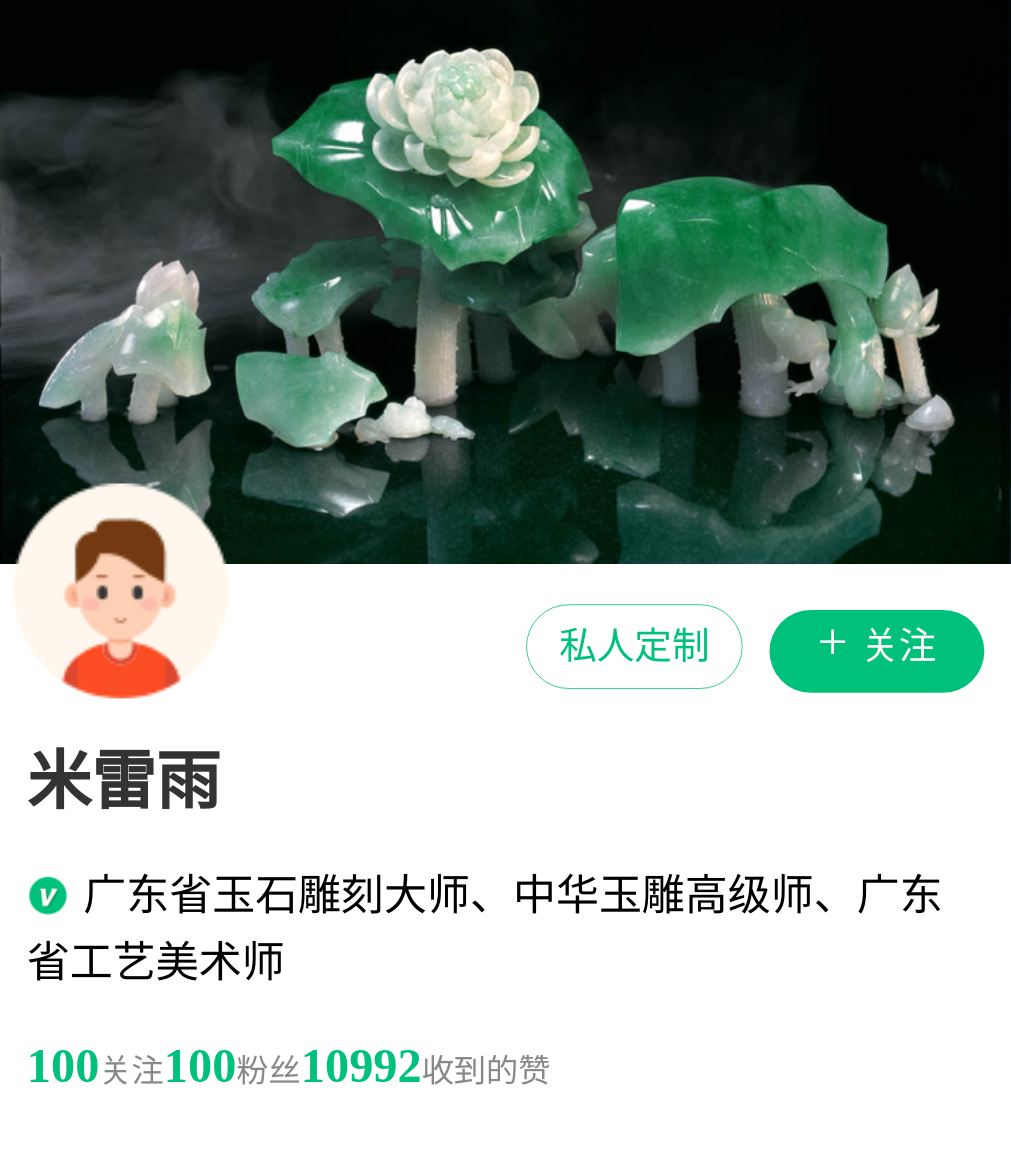
Repository: 1yanglulu/-
Page: html/jadecarvemaincenter.html
An editor plug-in stored every save of this project. The page is shown before and after the next save, followed by the edit.
The browser window is 1280 px wide. The pictures show the whole page, at 79% of full size.

Above is the page before, as saved 2020-01-07 14:41:11.

### html/jadecarvemaincenter.html
<!DOCTYPE html>
<html lang="en">
<head>
  <meta charset="UTF-8">
  <meta name="viewport" content="width=device-width, user-scalable=no, initial-scale=1.0, maximum-scale=1.0, minimum-scale=1.0">
  <meta http-equiv="X-UA-Compatible" content="ie=edge">
  <title>玉雕师详情</title>
  <link rel="stylesheet" href="../css/common.css">
  <link rel="stylesheet" href="../css/jadecarvemaincenter.css">
</head>
<body>
  <div class="jade-main-center  bac-color">
    <div class="top-banner">
      <img src="../images/mainbac.png" alt="" class="banner-bac">
    </div>
    <div class="avatar-box">
      <img src="../images/defaultImg.png" alt="" class="default-img">
      <div class="btn-box fn">
        <a href="javascript:void(0);" class="self-made">私人定制</a>
        <div class="follow-btn"><span class="add-icon">+</span>关注</div>
      </div>
      <div class="jade-name">
        米雷雨
      </div>
      <div class="jade-introduce fn">
        <img src="../images/vipicon.png" alt="vip" class="vip-icon">
        <span class="touxian">广东省玉石雕刻大师、中华玉雕高级师、广东省工艺美术师</span>
      </div>
      <div class="jade-hot-num">
        <span class="for-num">100</span>关注<span class="for-num">100</span>粉丝<span class="for-num">10992</span>收到的赞
      </div>
    </div>
  </div>
  <script src="../js/jquery-3.3.1.min.js"></script>
  <script src="../js/rem.js"></script>
  <script src="../js/jadecarvemaincenter.js"></script>
  <script></script>
</body>
</html>

### css/common.css
h2,body,div,html,ul,li,a,img{
  margin: 0;
  padding: 0;
}
a,img{
  display:block;
}
.fn{
  font-size:0;
}
ul{
  margin-block-start: 0;
  margin-block-end: 0;
  padding-inline-start: 0;
}
ul li{
  list-style: none;
}
a{
  text-decoration: none;
}
.clearfix:after{/*伪元素是行内元素 正常浏览器清除浮动方法*/
  content: "";
  display: block;
  height: 0;
  clear:both;
  visibility: hidden;
}
.clearfix{
  *zoom: 1;/*ie6清除浮动的方式 *号只有IE6-IE7执行，其他浏览器不执行*/
}
.fl{
  float: left;
}
.fr{
  float:right;
}
.bac-color{
  /* background:rgb(248,248,248); */
  background: #f5f5f5;
}

### css/jadecarvemaincenter.css
.jade-main-center{
  width: 100%;
}
.top-banner{
  background: #fff;
}
.banner-bac{
  width: 100%;
  height: 4.2rem;
  display: block
}
.default-img{
  width: 1.6rem;
  height: 1.6rem;
}
.avatar-box{
  position: relative;
  background: #fff;
}
.default-img{
  position: absolute;
  left:.1rem;
  top:-.6rem;

}
.avatar-box{
  padding:0 .2rem 0.3rem;
}
.btn-box{
  text-align: right;
  padding: .3rem 0;
}
.self-made{
  display: inline-block;
  padding: 0 .24rem;
  text-align: center;
  line-height: .62rem;
  border: 1px solid #00C17B;
  border-radius:.33rem;
  background: #fff;
  font-size: .28rem;
  color: #00C17B;
  margin-right: .2rem;
}
.follow-btn{
  width: 1.6rem;
  height: .62rem;
  text-align: center;
  background: #00C17B;
  border-radius:.33rem;
  font-size: .28rem;
  color: #FFFFFF;
  display: inline-block;
}
.add-icon{
  font-size: .4rem;
  color: #FFFFFF;
  margin-right: .1rem;
}
.jade-name{
  font-size: .48rem;
  color: #333333;
  line-height: .58rem;
  text-align: left;
  margin-top: .08rem;
  font-weight: bold;
  margin-bottom: .3rem;
  background: #fff;
}
.jade-introduce{
  margin-bottom: .3rem;
  background: #fff;
}
.vip-icon{
  width: .32rem;
  height: .32rem;
  display: inline-block;
  margin-right: .1rem;
  vertical-align: middle;
}
.touxian{
  font-size: .32rem;
  color: #000000;
  line-height: .5rem;
  vertical-align: middle;
}
.jade-hot-num{
  font-size: .24rem;
  color: #888888;
  text-align: center;
  text-align: left;
  margin-bottom: .3rem;
  background: #fff;
  margin-right: .06rem;
}
.jade-hot-num .for-num{
  font-size: .36rem;
  color: #00C17B;
  text-align: center;
  font-weight: bold;
}

### js/rem.js
(function (doc, win) {
    var docEl = doc.documentElement,
        resizeEvt = 'orientationchange' in window ? 'orientationchange' : 'resize',
        recalc = function () {
            var clientWidth = docEl.clientWidth;
            if (!clientWidth) return;
            docEl.style.fontSize =Math.floor(100*(clientWidth / 750))+ 'px';
        };
    if (!doc.addEventListener) return;
    win.addEventListener(resizeEvt, recalc, false);
    doc.addEventListener('DOMContentLoaded', recalc, false);
})(document,window);

Loaded but not shown: js/jquery-3.3.1.min.js (library); js/jadecarvemaincenter.js (no stored copy; drawn as an empty file)

After the next save:
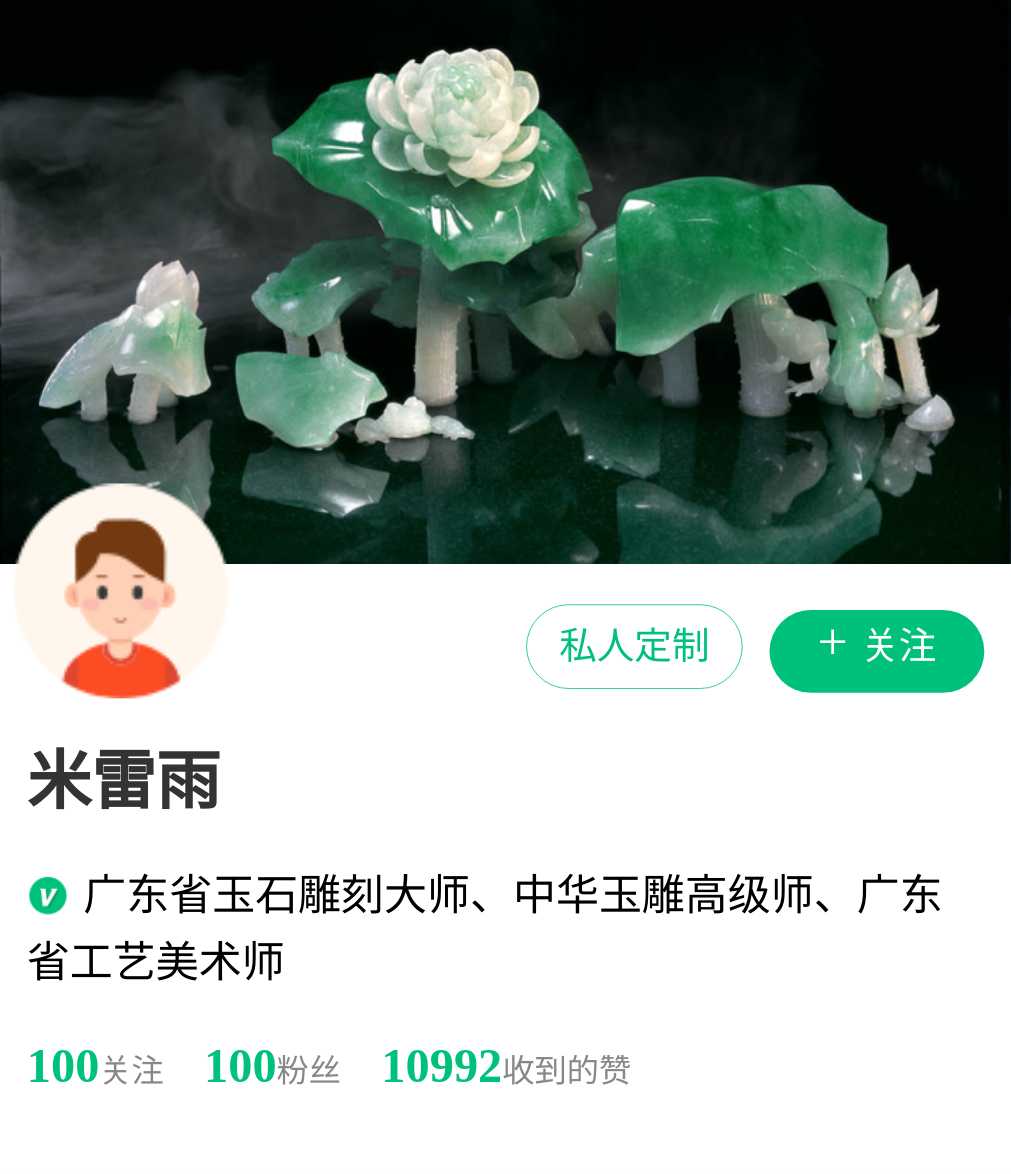
Saved 55 s later.
--- a/css/jadecarvemaincenter.css
+++ b/css/jadecarvemaincenter.css
@@ -98,4 +98,8 @@
   color: #00C17B;
   text-align: center;
   font-weight: bold;
+  margin-left: .3rem;
 }
+.jade-hot-num .for-num:first-child{
+  margin-left: 0;
+}
